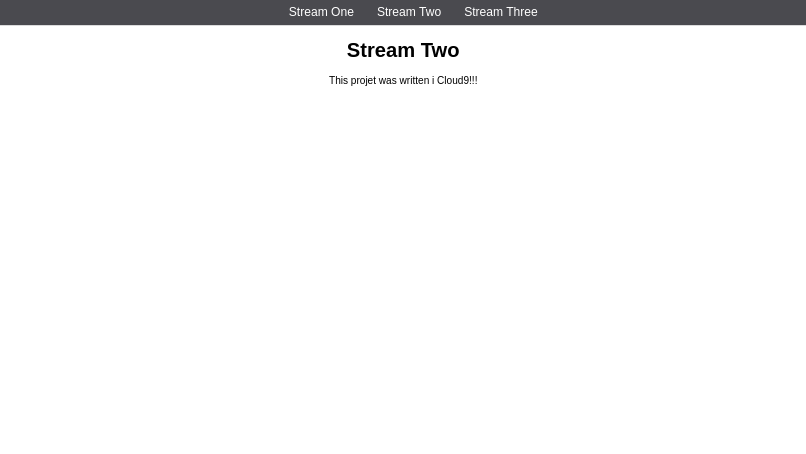
Repository: GeorgiosSklav/My-first-website
Page: stream-two.html
The author's editor kept a record of every edit. The page is drawn from the files as they stood at one moment, then again after the next edit.
The browser window is 1280 px wide. The pictures show the whole page, at 63% of full size.

Above is the page before.

After the next edit:
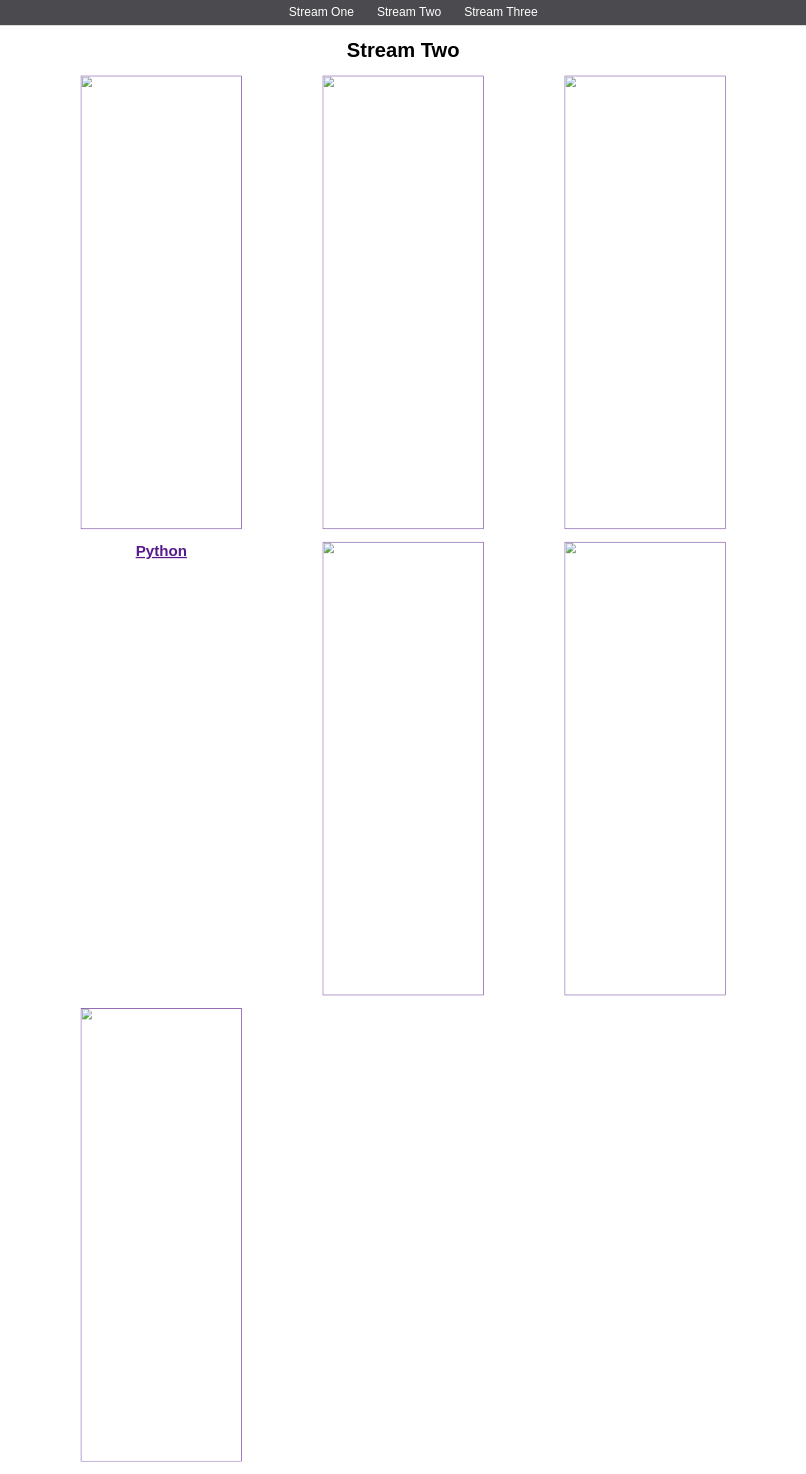
The edit:
--- a/stream-two.html
+++ b/stream-two.html
@@ -14,6 +14,41 @@
                </ul>
        </nav>
        <h1>Stream Two</h1>
-       <p>This projet was written i Cloud9!!!</p>
+       <div class="card">
+          <a href="">
+             <img src=""/>
+             <h2>Python</h2>
+          </a>
+       </div>
+       <div class="card">
+          <a href="">
+             <img src=""/>
+             <h2></h2>
+          </a>
+       </div>
+       <div class="card">
+          <a href="">
+             <img src=""/>
+             <h2></h2>
+          </a>
+       </div>
+       <div class="card">
+          <a href="">
+             <img src=""/>
+             <h2></h2>
+          </a>
+       </div>
+       <div class="card">
+          <a href="">
+             <img src=""/>
+             <h2></h2>
+          </a>
+       </div>
+       <div class="card">
+          <a href="">
+             <img src=""/>
+             <h2></h2>
+          </a>
+       </div>
    </body>
 </html>
